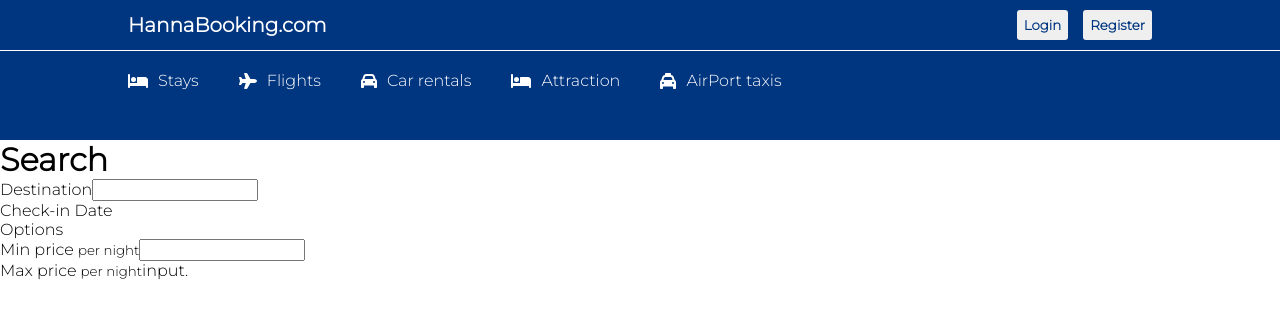
Repository: truongnguyenuit/BookingWebApp
Page: /hotels
An editor plug-in stored every save of this project. The page is shown before and after the next save, followed by the edit.
The browser window is 1280 px wide. The pictures show the whole page.
The project was rebuilt for these pictures with package versions that can differ from the ones it lists, and the page was loaded fresh each time. Also part of the build but not shown: src/components/featured/featured.css, src/components/featured/Featured.jsx, src/components/propertyList/propertyList.css, src/components/propertyList/PropertyList.jsx, src/components/featuredProperties/featuredProperties.css, src/components/featuredProperties/FeaturedProperties.jsx, src/components/mailList/mailList.css, src/components/mailList/MailList.jsx and 7 more.

Above is the page before, as saved 2022-06-13 10:36:20.

### public/index.html
<!DOCTYPE html>
<html lang="en">
  <head>
    <meta charset="utf-8" />
    <meta name="viewport" content="width=device-width, initial-scale=1" />
    <meta
      name="description"
      content="Web site created using create-react-app"
    />
    <link
      href="https://fonts.googleapis.com/css2?family=Montserrat:wght@300&display=swap"
      rel="stylesheet"
    >
    <style>
      *{
        font-family: 'Montserrat', sans-serif;
        margin: 0;
      }
    </style>

    <title>HannaBooking</title>
  </head>
  <body>
    <noscript>You need to enable JavaScript to run this app.</noscript>
    <div id="root"></div>
  </body>
</html>

### src/App.js
import {
  BrowserRouter,
  Routes,
  Route,
} from "react-router-dom";
import Home from "./pages/home/Home";
import Hotel from "./pages/hotel/Hotel";
import List from "./pages/list/List";

function App() {
  return (
    <BrowserRouter>
      <Routes>
        <Route path="/" element={<Home />} />
        <Route path="/hotels" element={<List />}/>
        <Route path="/hotels/:id" element={<Hotel/>}/>
      </Routes>
    </BrowserRouter>
  );
}

export default App;

### src/pages/list/List.jsx
import "./list.css"
import Navbar from "../../components/navbar/Navbar";
import Header from "../../components/header/Header";
import { useLocation } from "react-router-dom";
import { useState } from "react";
import { format } from "date-fns";
import { DateRange } from "react-date-range";
// import SearchItem from "../../components/searchItem/SearchItem";
const List = () => {
  //const location = useLocation();
  //const [destination, setDestination] = useState(location.state.destination);
  // const [date, setDate] = useState(location.state.date)
  // const [openDate, setOpenDate] = useState(false)
  // const [options, setOptions] = useState(location.state.options)
  return (
    <div>
      <Navbar/>
      <Header type = "list" />
      <div className="listContainer">
        <div className="listWrapper">
          <div className="listSearch">
            <h1 className="lsTitle">Search</h1>
            <div className="lsItem">
              <label htmlFor="Destination">Destination</label>
              <input type="text"  placeholder="" />
            </div>
            <div className="lsItem">
              <label> Check-in Date</label>



            </div>
            <div className="lsItem">
              <label> Options</label>
              <div className="lsOptions">
                <div className="lsOptionsItem">
                  <span className="lsOptionsText">
                    Min price <small>per night</small>
                  </span>
                  <input type="number" className="lsOptionInput"/>
                </div>
                <div className="lsOptionItem">
                  <span className="lsOptionText">
                    Max price <small>per night</small>
                  </span>
                  input.
                </div>
              </div>
            </div>
          </div>
        </div>
      </div>
    </div>
  )
}
export default List;

### src/components/header/Header.jsx
import {
  faBed,
  faCalendarDays,
  faCar,
  faPerson,
  faPlane,
  faTaxi,
} from "@fortawesome/free-solid-svg-icons";
import { FontAwesomeIcon } from "@fortawesome/react-fontawesome";
import "./header.css";
// import { DateRange } from "react-date-range";
import { useState } from "react";
// import "react-date-range/dist/styles.css"; // main css file
// import "react-date-range/dist/theme/default.css"; // theme css file
// import { format } from "date-fns";
import { useNavigate } from "react-router-dom";
const Header = ({ type }) => {
  const [destination, setDestination] = useState("");
  const [openDate, setOpenDate] = useState(false);
  const [date, setDate] = useState([
    {
      startDate: new Date(),
      endDate: new Date(),
      key: "selection",
    }
  ]);
  const [openOptions, setOpenOptions] = useState(false);
  const [options, setOptions] = useState({
    adult: 1,
    children: 0,
    room: 1,
  });

  //const navigate = useNavigate();
  return (
    <div className="header">
      <div
      className={
         type === "list" ? "headerContainer listMode" : "headerContainer"
      }
      >
        <div className="headerList">
          <div className="headerListItem">
            <FontAwesomeIcon icon={faBed} />
            <span>Stays</span>
          </div>
          <div className="headerListItem">
            <FontAwesomeIcon icon={faPlane} />
            <span>Flights</span>
          </div>
          <div className="headerListItem">
            <FontAwesomeIcon icon={faCar} />
            <span>Car rentals</span>
          </div>
          <div className="headerListItem">
            <FontAwesomeIcon icon={faBed} />
            <span>Attraction</span>
          </div>
          <div className="headerListItem">
            <FontAwesomeIcon icon={faTaxi} />
            <span>AirPort taxis</span>
          </div>
        </div>
        {type !== "list" && (
        <>
          <h1 className="HeaderTitle">
            A lifetime of discounts? It's Genius.
          </h1>
          <p className="headerDesc">
            Get rewarded for you travels - unlock instant saving of 10% or
            more with a free HannaBooking account.
          </p>
          <button className="headerBtn">Sign in / Register</button>
          <div className="headerSearch">
            <div className="headerSearchItem">
              <FontAwesomeIcon icon={faBed} className="headerIcon" />
              <input type="text"
                placeholder="Where are you going?"
                className="headerSearchInput"
                onChange={(text) => setDestination(text)}
              />
            </div>
            <div className="headerSearchItem">
              <button className="headerBtn">
                search
              </button>
            </div>
          </div>
        </>
        )}
      </div>
    </div>
  )
}
export default Header;

### src/components/navbar/Navbar.jsx
import React from 'react'
import "./navbar.css"
const Navbar = () => {
  return (
    <div className="navbar">
      <div className="navContainer">
        <span className="logo">HannaBooking.com</span>
        <div className="navItems">
          <button className="navButton">Login</button>
          <button className="navButton">Register</button>
        </div>
      </div>
    </div>
  )
}
export default Navbar;

### src/components/header/header.css
.header {
    background-color:#003580;
    color: white;
    display: flex;
    justify-content: center;
    position: relative;
}
.headerContainer {
    width:  100%;
    max-width: 1024px;
    margin: 20px 0px 100px 0px;
}
.headerContainer.listMode {
  margin: 20px 0px 0px 0px;
}

.headerList {
    display: flex;
    gap: 40px;
    margin-bottom: 50px;
}
.headerListItem {
    display: flex;
    align-items: center;
    gap: 10px;
    cursor: pointer;
}
.headerTitle {
    font-weight: bold;
}
.headerDesc {
    font-weight: bold;
    margin-top: 20px;
    margin-bottom: 20px;
}
.headerBtn {
    background-color: #0071c2;
    color: white;
    font-weight: bold;
    border-radius: 3px;
    border: none;
    padding: 10px;
    cursor: pointer;
}
.headerSearch {
    display: flex;
    height: 30px;
    background-color: white;
    border: 3px solid #febb02;
    align-items: center;
    justify-content: space-around;
    padding: 10px 0px;
    border-radius: 5px;
    position: absolute;
    bottom: -25px;
    width: 100%;
    max-width: 1024px;
    gap: 700px


}
.headerIcon {
    color: lightgray;
    margin-left: 20;
}
.headerSearchItem {
    display: flex;
    align-items: center;
    gap: 10px;
}
.headerSearchInput {
    border: none;
    outline: none;
}

### src/components/navbar/navbar.css
.navbar {
    height: 50px;
    background-color: #003580;
    display: flex;
    justify-content: center;
    margin-bottom: 1px;
}
.navContainer {
    width: 100%;
    max-width: 1024px;
    display: flex;
    justify-content: space-between;
    align-items: center;

}
.logo {
    font-weight: bold;
    font-size:20px ;
    color: white;
}
/* .navItems {
    width: 10.5%;
    display: flex;
    justify-content: space-between;
} */
.navButton {
    padding: 7px;
    border: none;
    border-radius: 3px;
    font-weight: bold;
    color: #003580;
    margin-left: 15px;
    cursor: pointer;
}

Loaded but not shown: src/index.js (common file); src/pages/list/list.css (no copy from this time; the picture is the same without it)

After the next save:
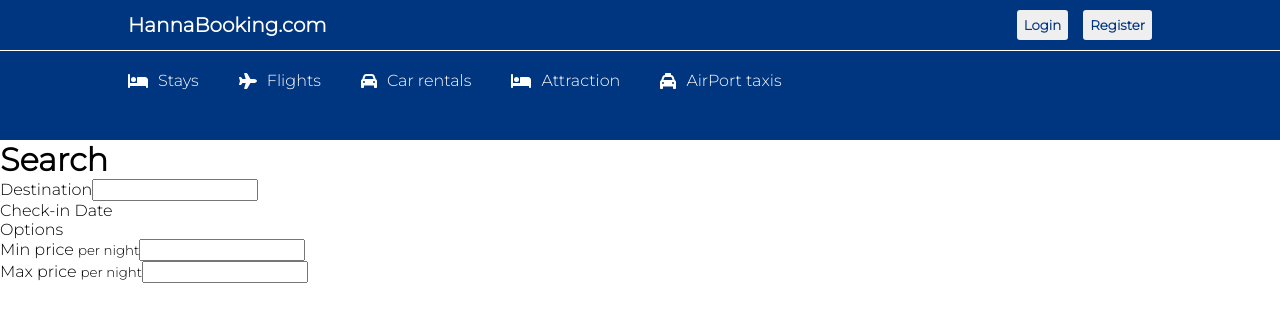
Saved 7 s later.
--- a/src/pages/list/List.jsx
+++ b/src/pages/list/List.jsx
@@ -43,7 +43,7 @@ const List = () => {
                   <span className="lsOptionText">
                     Max price <small>per night</small>
                   </span>
-                  input.
+                  <input type="text" className="lsOptionInput" />
                 </div>
               </div>
             </div>
